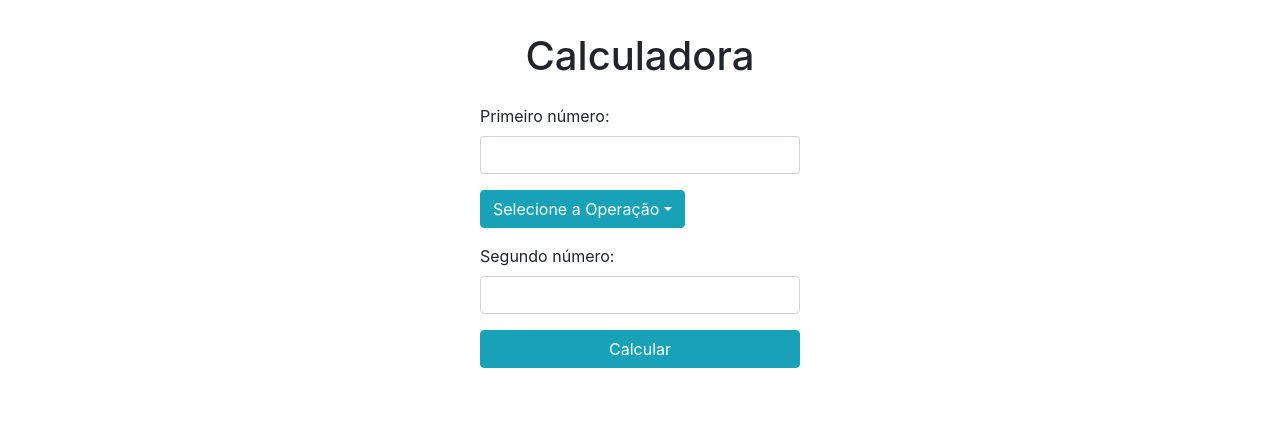
Repository: babirms/DAC
Page: Calculadora/WebContent/home.html
The author's editor kept a copy of each file at every save. The page is drawn from the files as they stood at one save, then again after the next save.
The browser window is 1280 px wide. The pictures show the whole page.

Above is the page before, as saved 2020-09-20 23:32:42.
Console error (its wording comes from the project's code and is left out).

### Calculadora/WebContent/home.html
<!DOCTYPE html>
<html>
<head>
<meta charset="ISO-8859-1">
<title>Calculadora - Página Inicial</title>
<link href="bootstrap/css/bootstrap.min.css" rel="stylesheet"
	type="text/css" />
<script type="text/javascript" src="bootstrap/js/bootstrap.min.js"></script>
</head>
<body>
	<div class="d-flex flex-column align-items-center col-xs-8">
		<div class="container p-3" style="width: 352px;">
			<h1 class="p-3 text-center">Calculadora</h1>
			<form action="CalculadoraServlet" method="get">
				<div class="form-group">
					<label for="primeiroNum">Primeiro número: </label> <input
						type="number" class="form-control" name="primeiroValue"
						id="primeiroNum" required>
				</div>
				<div class="form-group">
					<div class="dropdown">
						<button class="btn btn-info dropdown-toggle" type="button"
							id="dropdownMenuButton" data-toggle="dropdown"
							aria-haspopup="true" aria-expanded="false">Selecione a Operação</button>
							 <div class="dropdown-menu" aria-labelledby="dropdownMenuButton">
						<select name="operacao">
							<option class="dropdown-item" value="+" class="shadow-sm p-3 mb-5 bg-white rounded">(+)</option>
							<option class="dropdown-item" value="-">(-)</option>
							<option class="dropdown-item" value="x">(x)</option>
							<option class="dropdown-item" value="/">(/)</option>
						</select></div>
					</div>
				</div>
				<div class="form-group">
					<label for="segundoNum">Segundo número: </label> <input
						type="number" id="segundoNum" class="form-control"
						name="segundoValue" required>
				</div>
				<button class="btn btn-info btn-block" type="submit">Calcular</button>
			</form>
		</div>
	</div>
</body>
</html>

Loaded but not shown: Calculadora/WebContent/bootstrap/css/bootstrap.min.css (library); Calculadora/WebContent/bootstrap/js/bootstrap.min.js (library)

After the next save:
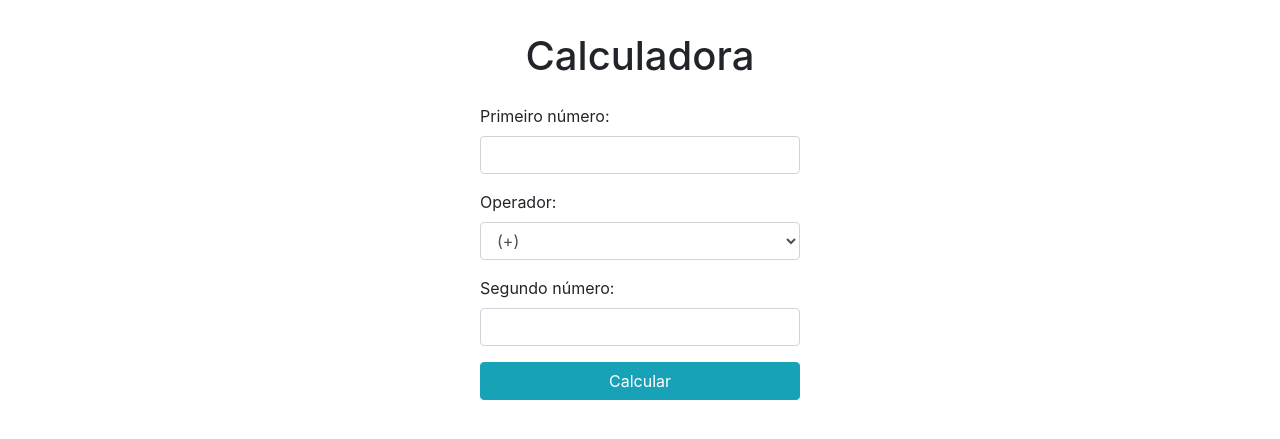
Saved 112 s later.
--- a/Calculadora/WebContent/home.html
+++ b/Calculadora/WebContent/home.html
@@ -18,18 +18,13 @@
 						id="primeiroNum" required>
 				</div>
 				<div class="form-group">
-					<div class="dropdown">
-						<button class="btn btn-info dropdown-toggle" type="button"
-							id="dropdownMenuButton" data-toggle="dropdown"
-							aria-haspopup="true" aria-expanded="false">Selecione a Operação</button>
-							 <div class="dropdown-menu" aria-labelledby="dropdownMenuButton">
-						<select name="operacao">
-							<option class="dropdown-item" value="+" class="shadow-sm p-3 mb-5 bg-white rounded">(+)</option>
-							<option class="dropdown-item" value="-">(-)</option>
-							<option class="dropdown-item" value="x">(x)</option>
-							<option class="dropdown-item" value="/">(/)</option>
-						</select></div>
-					</div>
+					<label for="operacao">Operador: </label> <select
+						class="form-control" id="operacao" name="operacao">
+						<option value="+">(+)</option>
+						<option value="-">(-)</option>
+						<option value="x">(x)</option>
+						<option value="/">(/)</option>
+					</select>
 				</div>
 				<div class="form-group">
 					<label for="segundoNum">Segundo número: </label> <input
